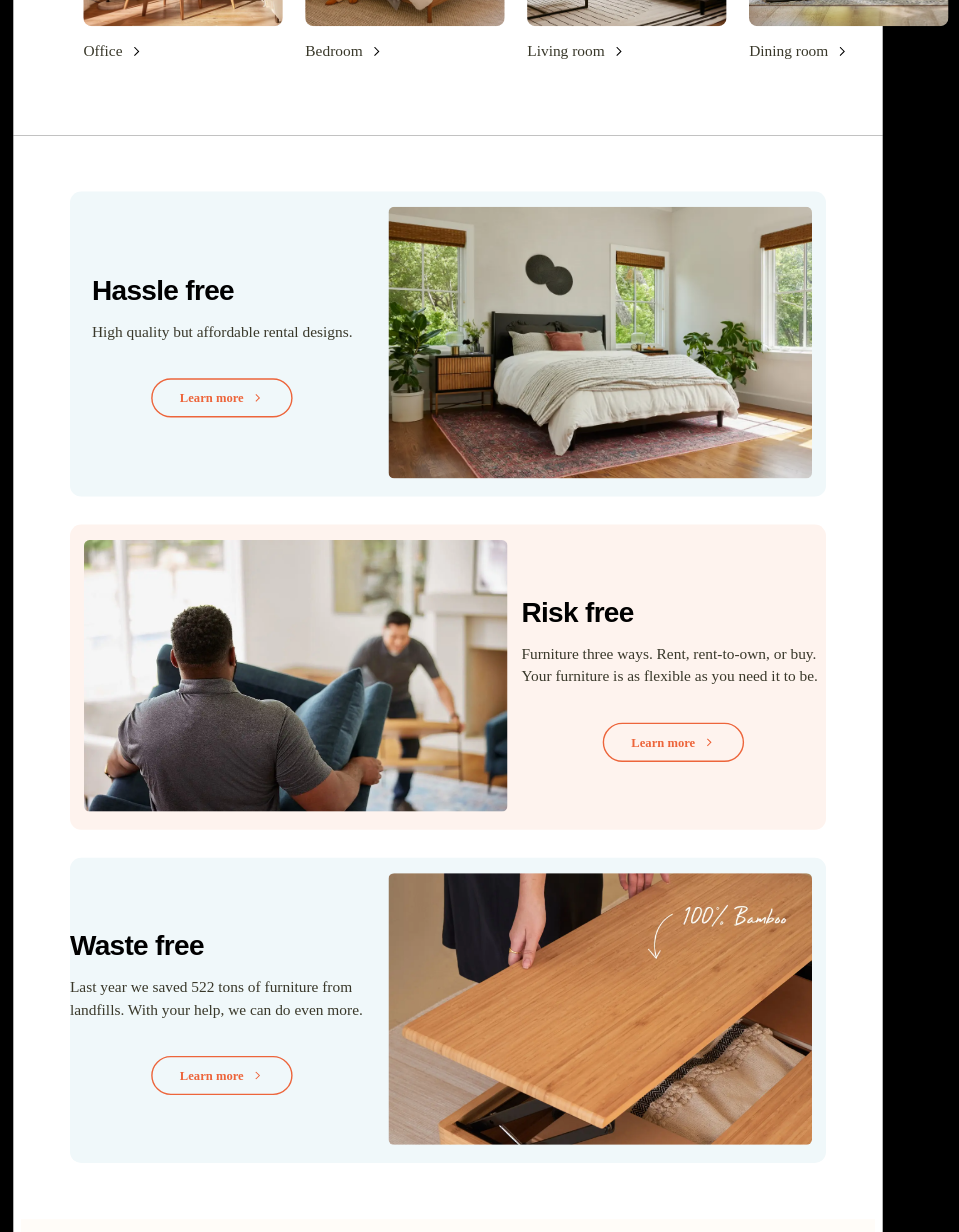
Repository: noman-source/Furniture-website
Page: index.html
An editor plug-in stored every save of this project. The page is shown before and after the next save, followed by the edit.
The browser window is 1280 px wide. The page is 1370 px wide, so the pictures cover 1370 px, including what lies to the right of the window. The pictures show the part of the page from y = 1609 to 3369 px (the page is 4317 px tall), at 70% of full size.

Above is the page before, as saved 2025-07-04 13:24:28.

### index.html
<!DOCTYPE html>
<html lang="en">

<head>
    <meta charset="UTF-8">
    <meta name="viewport" content="width=device-width, initial-scale=1.0">
    <title>Document</title>
    <link rel="stylesheet" href="style.css">
</head>

<body>
    <header>
        <div class="navbar">
            <div class="nav-left">
                <ul>
                    <li>Cards</li>
                    <li>About</li>
                    <li>App</li>
                </ul>
            </div>
            <div class="nav-center">
                <ul>
                    <li><img src="asserts/svg/navbar-logo.svg" alt=""></li>
                    <li>Halal_Lab</li>
                </ul>
            </div>
            <div class="nav-right"><button><img src="asserts/svg/search.svg" alt="">Check delivery area</button></div>
        </div>
    </header>
    <main>
        <div class="section1">
            <div class="section1-left">
                <div class="section1-text">
                    <h2>An innovative way to make furniture lighter</h2>
                    <h4>Discover hassle-free delivery, free assembly and the flexibility to rent, rent-to-own or buy.
                    </h4>
                    <div class="section1-butt"><button>
                            <p>Start shopping</p><img src="asserts/svg/arrow.svg" alt="">
                        </button></div>
                </div>
            </div>
            <div class="section1-right">
                <img src="asserts/image/img 1.jpg" alt="">
            </div>
        </div>
        <div class="section2">
            <ul>
                <li><img src="asserts/svg/checkmark-circle-01.svg" alt="">Fast, free delivery & assembly</li>
                <li><img src="asserts/svg/checkmark-circle-01.svg" alt="">Convenient rent or buy options</li>
                <li><img src="asserts/svg/checkmark-circle-01.svg" alt="">Low upfront costs for all rentals</li>
                <li><img src="asserts/svg/checkmark-circle-01.svg" alt="">Flexibility to buy out rental items later</li>
            </ul>
        </div>
        <div class="section3">
            <p>About our product</p>
            <div class="section3-content">
                <div class="box box1">
                    <div class="circle"><img src="asserts/svg/upload-03.svg" alt=""></div>
                    <p>We provide a high quality rental at an affordable price</p>
                </div>
                <div class="box box2">
                    <div class="circle"><img src="asserts/svg/drawing-mode.svg" alt=""></div>
                    <p>Feather has made furniture rentals
                        cool again.</p>
                </div>
                <div class="box box3">
                    <div class="circle"><img src="asserts/svg/cabinet-01.svg" alt=""></div>
                    <p>Ease the pain of moving from
                        apartment to apartment.</p>
                </div>

            </div>
        </div>
        <div class="section4">
            <p>Browse by room</p>
            <div class="section4-content">
                <div class="box box1"><img src="asserts/image/img 2.png" alt="">
                    <p>Office <img src="asserts/svg/Vector.svg" alt=""></p>
                </div>
                <div class="box box2"><img src="asserts/image/img 3.png" alt="">
                    <p>Bedroom <img src="asserts/svg/Vector.svg" alt=""></p>
                </div>
                <div class="box box3"><img src="asserts/image/img 4.png" alt="">
                    <p>Living room <img src="asserts/svg/Vector.svg" alt=""></p>
                </div>
                <div class="box box4"><img src="asserts/image/img 5.png" alt="">
                    <p>Dining room <img src="asserts/svg/Vector.svg" alt=""></p>
                </div>
            </div>
        </div>
        <div class="section5">
            <div class="section5-top">
                <div class="left">
                    <div class="text">
                        <h3>Hassle free</h3>
                        <p>High quality but affordable rental designs.</p>
                    </div>
                    <div class="button"><button>Learn more <img src="asserts/svg/arrow-down-01.svg" alt=""></button>
                    </div>
                </div>
                <div class="right"><img src="asserts/image/img 6.png" alt=""></div>
            </div>
            <div class="section5-middle">
                <div class="right"><img src="asserts/image/img 7.png" alt=""></div>
                <div class="left">
                    <div class="text">
                        <h3>Risk free</h3>
                        <p>Furniture three ways. Rent, rent-to-own, or buy. Your furniture is as flexible as you need it
                            to be.</p>
                    </div>
                    <div class="button"><button>Learn more <img src="asserts/svg/arrow-down-01.svg" alt=""></button>
                    </div>
                </div>
            </div>
            <div class="section5-end">
                <div class="left">
                    <div class="text">
                        <h3>Waste free</h3>
                        <p>Last year we saved 522 tons of furniture from landfills. With your help, we can do even more.
                        </p>
                    </div>
                    <div class="button"><button>Learn more <img src="asserts/svg/arrow-down-01.svg" alt=""></button>
                    </div>
                </div>
                <div class="right"><img src="asserts/image/img 8.png" alt=""></div>
            </div>
        </div>
        <div class="section6">
            <div class="section6-content">
                <h3>Shop what’s new</h3>
                <div class="boxes">
                    <div class="box">
                        <div class="box-top"><img src="asserts/image/img 9.png" alt=""></div>
                        <div class="box-bottom">
                            <h4>Valencia Modular </h4>
                            <p>$2,999</p>
                        </div>
                    </div>
                    <div class="box">
                        <div class="box-top"><img src="asserts/image/img 10.png" alt=""></div>
                        <div class="box-bottom">
                            <h4>The Floyd sofa</h4>
                            <p>$1200</p>
                        </div>
                    </div>
                    <div class="box">
                        <div class="box-top"><img src="asserts/image/img 11.png" alt=""></div>
                        <div class="box-bottom">
                            <h4>Playa Outdoor</h4>
                            <p>$1999</p>
                        </div>
                    </div>
                    <div class="box">
                        <div class="box-top"><img src="asserts/image/img 12.png" alt=""></div>
                        <div class="box-bottom">
                            <h4>Remi standing</h4>
                            <p>$2,999</p>
                        </div>
                    </div>
                </div>
            </div>
        </div>
    </main>

    <footer>
        <div class="boxes">
            <div class="box box1">
                <div class="box1-top">
                    <p>Be in the know<br>
                        Get the latest products, promotions, and design tips in your inbox. Sign up and get 25% off your
                        first month.</p>
                </div>
                <div class="box1-bottom"><input type="email"placeholder="Email"><button>Submit</button></div>
            </div>
            <div class="box box2"><ul>
                <li>Shop</li>
                <li>The Goods</li>
                <li>Feather for Business</li>
                <li>Get design help</li>
            </ul></div>
            <div class="box box3"><ul>
                <li>Help</li>
                <li>hello@livefeather.com</li>
                <li>FAQs</li>
            </ul></div>
            <div class="box box4"><ul>
                <li>Follow us</li>
                <li><img src="asserts/svg/Instagram.svg" alt=""><img src="asserts/svg/Twitter.svg" alt=""><img src="asserts/svg/pinterest.svg" alt=""><img src="asserts/svg/Facebook.svg" alt=""><img src="asserts/svg/linkdin.svg" alt=""></li>
            </ul></div>
        </div>
    </footer>

</body>

</html>

### style.css


body {
    font-family: "DM Sans", sans-serif;
    background-color: black;
}

.website {
    background-color: white;
}

* {
    margin: 0;
    padding: 0;
}

header .navbar {
    width: 97%;
    margin: auto;
    height: 72px;
    display: flex;
    justify-content: space-around;
    align-items: center;
    background-color: rgb(246, 244, 244);
    gap: 13%;
    border-bottom: 1px solid #E4E4E4;
}

header .navbar .nav-left {
    font-size: 16px;
    font-weight: 500;
    line-height: 24px;
    letter-spacing: -1%;
}

header .navbar .nav-left ul {
    display: flex;
    justify-content: center;
    align-items: center;
    gap: 50px;
}

header .navbar .nav-left ul li {
    list-style-type: none;
}

header .navbar .nav-center ul {
    display: flex;
    justify-content: center;
    align-items: center;
    gap: 10px;
    font-family: "Ramabhadra", sans-serif;
}

header .navbar .nav-center ul li {
    list-style-type: none;
    font-size: 18px;
    font-weight: 400;
    display: flex;
    justify-content: center;
    align-items: center;
}

header .navbar .nav-right button {
    width: 130%;
    height: 40px;
    background-color: #FD653E;
    border-radius: 32px;
    border: none;
    transform: translateX(-50px);
    display: flex;
    justify-content: center;
    align-items: center;
    gap: 15px;
    font-size: 16px;
    font-weight: 700;
    color: white;
}

main .section1 {
    width: 97%;
    margin: auto;
    height: 588px;
    background-color: #FFF3EF;
    display: flex;
    justify-content: space-around;
    align-items: center;
}

main .section1 .section1-right {
    width: 50%;
    display: flex;
    justify-content: center;
    align-items: center;
}

main .section1 .section1-left {
    width: 50%;
}

main .section1 .section1-left .section1-text {
    width: 70%;
    margin: auto;
    height: 250px;
    display: flex;
    flex-direction: column;
    gap: 20px;
}

main .section1 .section1-left .section1-text h2 {
    font-size: 48px;
    font-weight: 700;
}

main .section1 .section1-left .section1-text p {
    font-size: 18px;
    font-weight: 400;
    color: #39382A;
}

main .section1 .section1-left .section1-text button {
    width: 235px;
    height: 56px;
    display: flex;
    justify-content: center;
    align-items: center;
    gap: 10px;
    border-radius: 32px;
    border: transparent;
    background-color: #ED653B;
}

main .section1 .section1-left .section1-text button p {
    color: white;
    font-size: 20px;
    font-weight: 700;
    font-family: "DM Sans", sans-serif;
}

main .section1 .section1-right img {
    width: 645px;
    border-radius: 12px;
}

.section2 {
    height: 74px;
    width: 97%;
    margin: auto;
    background-color: #ECF4E9;
}

.section2 ul {
    height: 74px;
    display: flex;
    justify-content: space-between;
    align-items: center;
}

.section2 ul li {
    font-family: "DM Sans", sans-serif;
    list-style-type: none;
    display: flex;
    justify-content: center;
    align-items: center;
    gap: 5px;
    font-size: 18px;
    font-weight: 400;
}

.section3 {
    width: 97%;
    margin: auto;
    height: 516px;
    background-color: white;
}

.section3>p {
    font-size: 40px;
    font-weight: 700;
    height: 170px;
    display: flex;
    color: #39302A;
    justify-content: center;
    align-items: center;
}

.section3-content {
    display: flex;
    justify-content: center;
    align-items: center;
    gap: 32px;
}

.section3-content .box {
    width: 392px;
    border-radius: 12px;
    height: 244px;
    display: flex;
    align-items: center;
    justify-content: center;
    flex-direction: column;
    gap: 50px;
    box-shadow: 12px 16px 50px 0px #9A9A9A1F;
}

.section3-content .box .circle {
    width: 50px;
    height: 50px;
    transform: translateY(30px);
    gap: 10px;
    border-radius: 99px;
    /* Corrected to 99px based on later image */
    padding: 16px;
    /* Corrected to 16px based on later image */
    background-color: #E3E3E373;
    /* Corrected to #E3E3E3 based on later image */
}

.section3-content .box p {
    width: 373px;
    margin: auto;
    display: flex;
    font-family: DM Sans;
    font-weight: 500;
    font-size: 22px;
    line-height: 32px;
    text-align: center;
    /* letter-spacing: 0%; */
    /* vertical-align: middle; */
}

.section4 {
    width: 97%;
    margin: auto;
    height: 551px;
    background-color: white;
}

.section4>p {
    font-weight: 700;
    font-size: 40px;
    line-height: 56px;
    letter-spacing: -0.96px;
    padding-top: 50px;
    padding-left: 100px;
    /* Added based on later image */
}

.section4 .section4-content {
    height: 287px;
    display: flex;
    justify-content: flex-start;
    padding-left: 100px;
    padding-top: 50px;
    gap: 32px;
}

.section4 .section4-content .box {
    height: 287px;
    display: flex;
    flex-direction: column;
    gap: 20px;
}

.section4 .section4-content .box>img {
    height: 239px;
    width: 285px;
    border-radius: 12px;
}

.section4 .section4-content .box p {
    font-family: DM Sans;
    font-weight: 500;
    font-size: 22px;
    line-height: 32px;
    display: flex;
    gap: 16px;
    /* Corrected to 16px based on later image */
    justify-content: flex-start;
    align-items: center;
    /* Added based on later image */
    color: #39382A;
    /* Added based on later image */
}

.section5 {
    height: 1548px;
    background-color: white;
    width: 97%;
    margin: auto;
    display: flex;
    justify-content: center;
    align-items: center;
    flex-direction: column;
    gap: 40px;
}

.section5>.section5-top,
.section5-middle,
.section5-end {
    height: 436px;
    width: 87%;
    border-radius: 16px;
    /* border: 2px solid #E4E4E4; */
    /* margin: auto; */
}

.section5 .section5-top {
    background-color: #F0F8Fa;
    display: flex;
    justify-content: space-around;
    align-items: center;
}

.section5 .section5-middle {
    background-color: #FEF3EE;
    display: flex;
    justify-content: space-around;
    align-items: center;
}

.section5 .section5-end {
    background-color: #F0F8FA;
    display: flex;
    justify-content: space-around;
    align-items: center;
}

.section5 .right img {
    width: 605px;
    height: 388px;
    border-radius: 8px;
}

.section5 .left {
    width: 50%;
    display: flex;
    flex-direction: column;
    justify-content: center;
    align-items: center;
    gap: 50px;
}

.section5 .left .text {
    display: flex;
    flex-direction: column;
    gap: 16px;
}

.section5 .left .button {
    display: flex;
    justify-content: flex-start;
}

.section5 .left .text button {
    width: 400px;
}

.section5 .right {
    padding: 20px;
}

.section5 h3 {
    font-weight: 700;
    font-size: 40px;
    line-height: 56px;
    letter-spacing:-0.96px;
}

.section5 p {
    font-family: DM Sans;
    font-weight: 500;
    font-size: 22px;
    line-height: 32px;
    letter-spacing: 0%;
    /* Added based on later image */
    vertical-align: middle;
    /* Added based on later image */
    color: #39382A;
    /* Added based on later image */
}

.section5 .left button {
    width: 202px;
    height: 56px;
    gap: 10px;
    border-width: 1px;
    padding-top: 16px;
    padding-right: 32px;
    padding-bottom: 16px;
    padding-left: 32px;
    border-radius: 32px;
    background-color: transparent;
    border: 2px solid #ED653B;
    color: #ED653B;
    display: flex;
    justify-content: center;
    align-items: center;
    font-family: DM Sans;
    font-weight: 700;
    font-size: 18px;
}

.section6 {
    background-color: white;
    height: 730px;
    width: 97%;
    margin: auto;
}

.section6 img {
    width: 286px;
    height: 203px;
    border-radius: 12px;
}

.section6 .section6-content {
    height: 548px;
    background-color: #FFFCF8;
    width: 90.2%;
    margin: auto;
    padding-left: 100px;
    padding-top: 80px;
    display: flex;
    flex-direction: column;
    gap: 20px;
}

.section6-content .boxes {
    display: flex;
    gap: 32px;
}

.section6-content .boxes .box {
    display: flex;
    flex-direction: column;
    gap: 19px;
}

.section6 h3 {
    /* font-family: Circular Std; */
    font-weight: 700;
    font-size: 40px;
    line-height: 56px;
    letter-spacing: 0px;
    vertical-align: middle;
    color: #39302A;
}

.section6-content .box-bottom {
    display: flex;
    flex-direction: column;
    gap: 4px;
}

.section6-content .box-bottom h4 {
    font-family: DM Sans;
    font-weight: 500;
    font-size: 18px;
    line-height: 26px;
    letter-spacing: 0%;
    vertical-align: middle;
    color: #39302A;
}

.section6-content .box-bottom p {
    font-family: DM Sans;
    font-weight: 500;
    font-size: 16px;
    line-height: 24px;
    letter-spacing: -1%;
    vertical-align: middle;
    color: #ED653B;
}

footer {
    border-top: 1px solid #DCD8D5;
    width: 97%;
    background-color: white;
    height: 236px;
    margin: auto;
    display: flex;
    justify-content: center;
    align-items: center;
    /* transform: translateY(130px); */
}

footer .boxes {
    display: grid;
    grid-template-columns: 401px 186px 186px 170px;
    width: 85%;
    margin: auto;
    /* background-color: #39382A; */
    height: 144px;
    justify-content: space-between;
}

footer .boxes .box1 {
    display: flex;
    flex-direction: column;
    gap: 24px;
}


footer .boxes .box1 .box1-top {
    font-weight: 400;
    font-size: 14.13px;
    line-height: 24px;
    letter-spacing: 0%;
    vertical-align: middle;
}

footer .boxes .box1 .box1-bottom {
    display: flex;
    gap: 16px;
    justify-content: center;
    align-items: center;
}

footer .boxes .box1 .box1-bottom input {
    width: 245px;
    height: 48px;
    border: 1px solid #EDEDED;
    border-radius: 32px;
    outline: none;
}

footer .boxes .box1 .box1-bottom input::placeholder {
    transform: translateX(20px);
    font-family: DM Sans;
    font-weight: 500;
    font-size: 16px;
    line-height: 24px;
    letter-spacing: -1%;
    vertical-align: middle;
    color: #BABABA;
}

footer .boxes .box1 .box1-bottom button {
    width: 140px;
    height: 48px;
    border-width: 1px;
    border-radius: 48px;
    border: 1px solid #ED653B;
    background-color: transparent;
    font-family: DM Sans;
    font-weight: 500;
    font-size: 16px;
    line-height: 24px;
    letter-spacing: -1%;
    vertical-align: middle;
    color: #ED653B;
}

footer .boxes ul li:first-child {
    font-weight: 500;
    font-size: 16px;
    letter-spacing: -0.16px;
    color: #2A2A2D;
}

footer .boxes ul {
    display: flex;
    flex-direction: column;
    gap: 16px;
}

footer .boxes ul li {
    list-style-type: none;
    font-family: DM Sans;
    font-weight: 400;
    /* Added based on latest image */
    font-size: 14px;
    /* Added based on latest image */
    color: #39302A;
    /* Added based on latest image */
}

footer .boxes .box4 li:last-of-type {
    display: flex;
    justify-content: space-between;
    align-items: center;
}

After the next save:
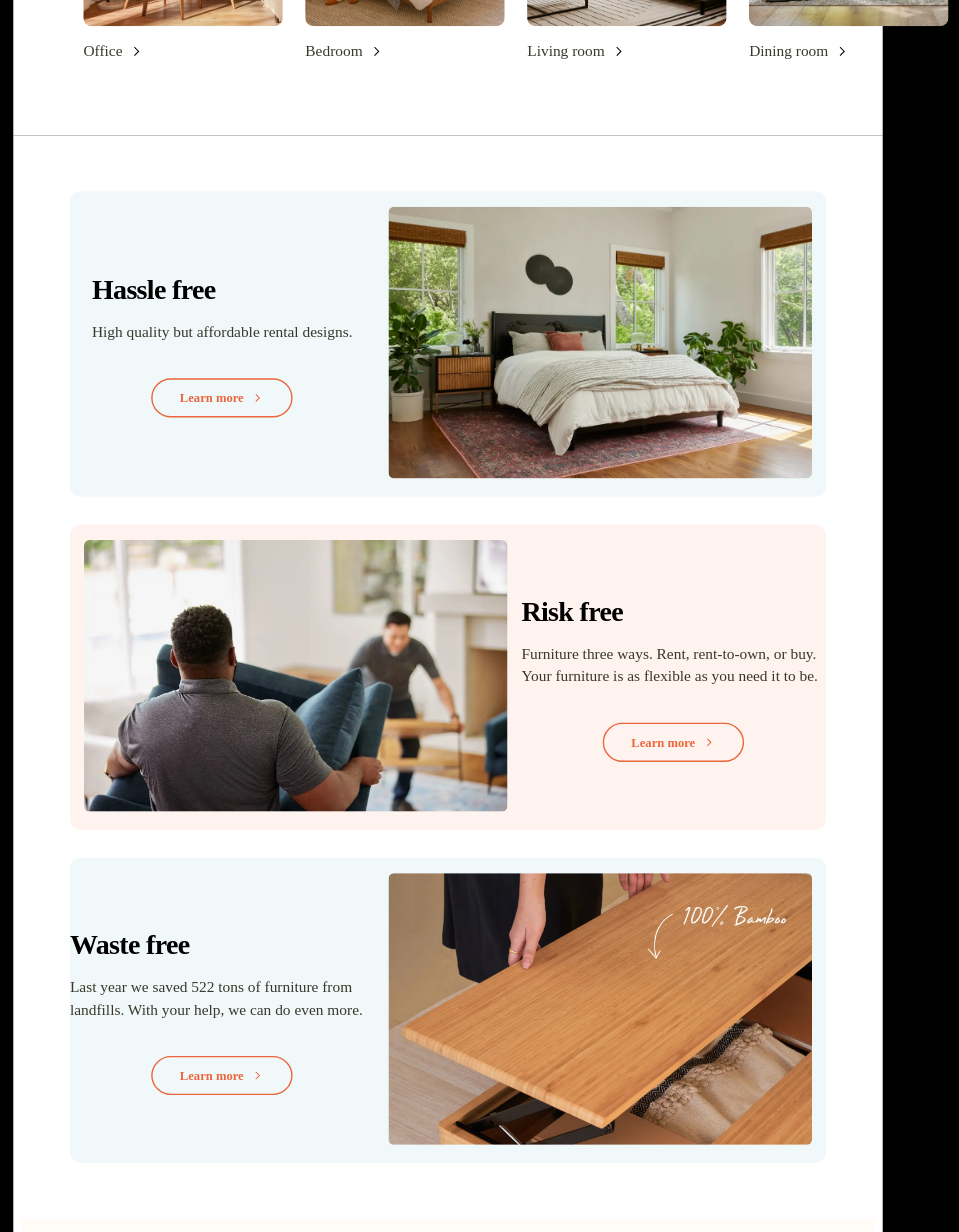
Saved 16 h 55 min later.
--- a/style.css
+++ b/style.css
@@ -345,6 +345,15 @@
     display: flex;
     flex-direction: column;
     gap: 16px;
+    font-family: DM Sans;
+font-weight: 500;
+font-style: Medium;
+font-size: 22px;
+leading-trim: NONE;
+line-height: 32px;
+letter-spacing: 0%;
+vertical-align: middle;
+
 }
 
 .section5 .left .button {
